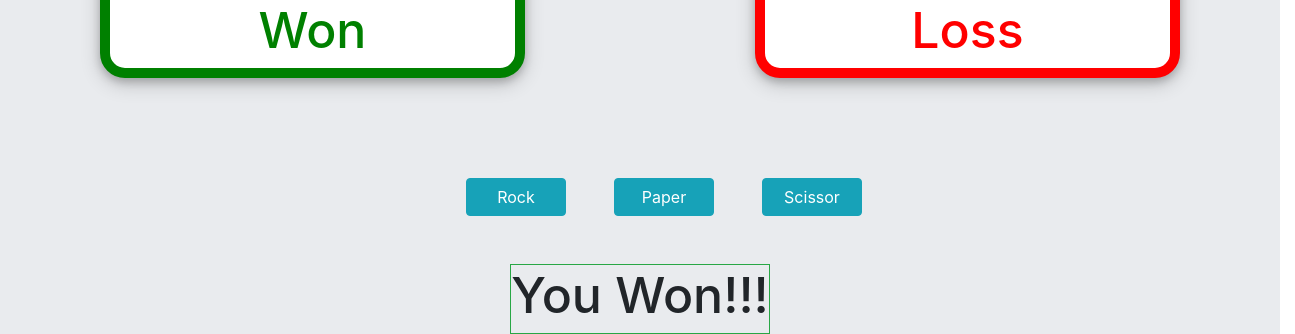
Repository: tts2610/React-Intro
Page: /
These files come from the project's save history. The page is drawn as it stood at one moment and after the next save; the edit follows.
The browser window is 1280 px wide. The page is 1295 px wide, so the pictures cover 1295 px, including what lies to the right of the window. The pictures show the part of the page from y = 428 to 992 px (the page is 762 px tall before and 992 px after).
Some web libraries are served in a nearby version. The project was rebuilt for these pictures with package versions that can differ from the ones it lists, and the page was loaded fresh each time.

Above is the page before, as saved 2020-05-26 22:50:14.

After the next save:
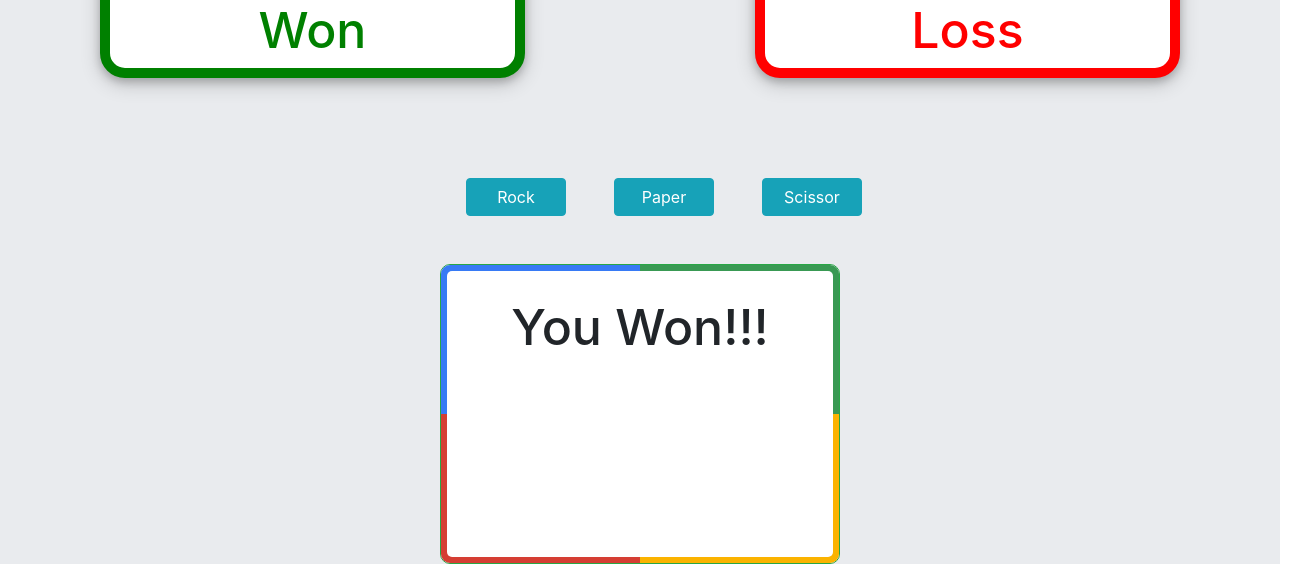
Saved 10 s later.
--- a/src/App.js
+++ b/src/App.js
@@ -71,7 +71,7 @@ export default class App extends Component{
         <Button type="paper" handleClick={this.handleClick}/>
         <Button type="scissor" handleClick={this.handleClick}/>
         </div>
-        <div className="row border border-success result mt-5 mx-auto block">
+        <div className="row border border-success result mt-5 mx-auto rainbow">
         <Result result={[this.state.me.winner,this.state.computer.winner]}/>
         </div>
       </div>
